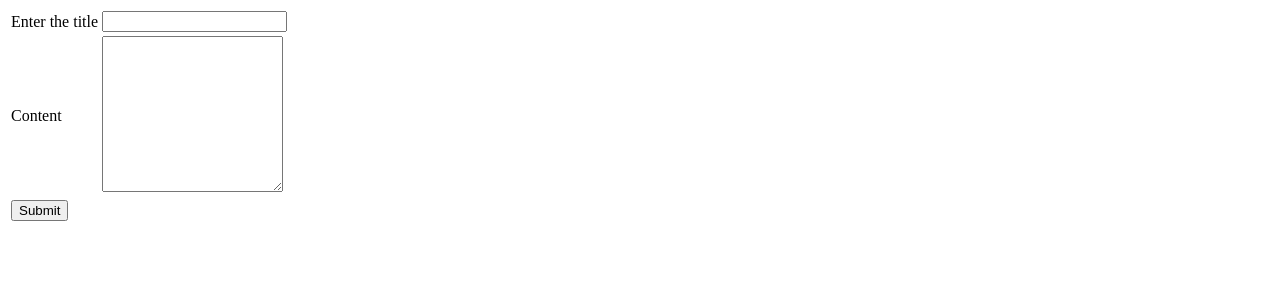
Repository: 123poornima/UpdatedSecondProject
Page: frontendPro/WebContent/_blog/newPost.html
These files come from the project's save history. The page is drawn as it stood at one moment and after the next save; the edit follows.
The browser window is 1280 px wide. The pictures show the whole page.

Above is the page before, as saved 2017-01-12 15:47:44.

### frontendPro/WebContent/_blog/newPost.html
<!DOCTYPE html>
<html>
<head>
<meta charset="ISO-8859-1">
<title>Insert title here</title>
</head>
<body>
<form>
<table>
<tr><td>Enter the title</td><td><input type="text" ng-model="blogPost.title"></td></tr>
<tr><td>Content</td><td><textarea rows="10"  ng-model="blogPost.body"></textarea></td></tr>
<tr><td><input type="submit" ng-click="submit()"></td></tr>
</table>

</form>
</body>
</html>

After the next save:
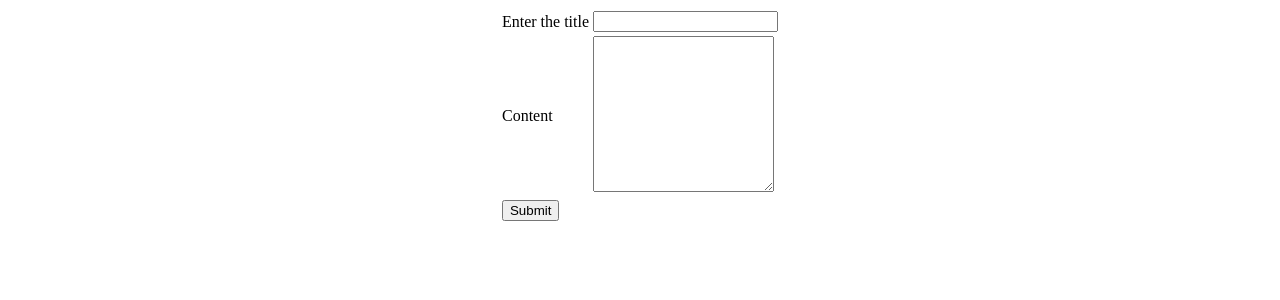
Saved 7 min 49 s later.
--- a/frontendPro/WebContent/_blog/newPost.html
+++ b/frontendPro/WebContent/_blog/newPost.html
@@ -6,7 +6,7 @@
 </head>
 <body>
 <form>
-<table>
+<table align="center" class="table">
 <tr><td>Enter the title</td><td><input type="text" ng-model="blogPost.title"></td></tr>
 <tr><td>Content</td><td><textarea rows="10"  ng-model="blogPost.body"></textarea></td></tr>
 <tr><td><input type="submit" ng-click="submit()"></td></tr>
